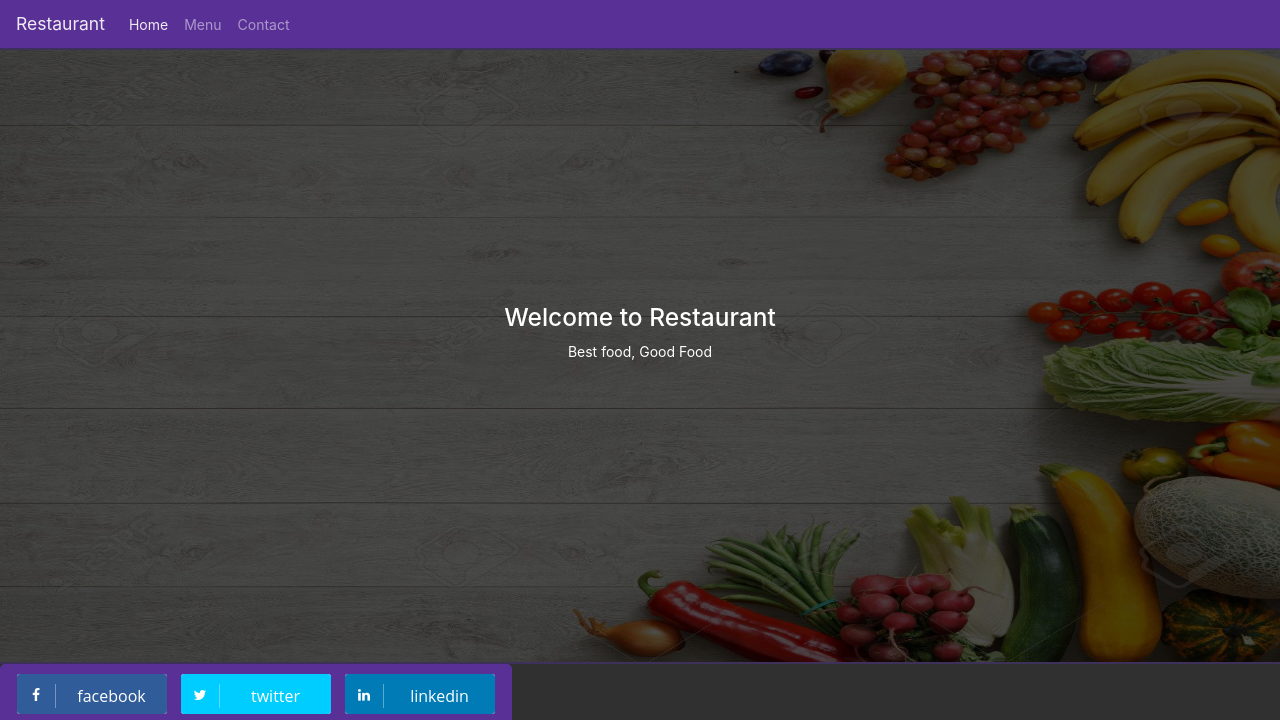
Repository: 300ms/Restaurant-Page
Page: /
These files come from the project's save history. The page is drawn as it stood at one moment and after the next save; the edit follows.
The browser window is 1280 px wide. The pictures show the whole page.
Pictures or frames that could not be fetched are drawn as grey boxes. The project was rebuilt for these pictures with package versions that can differ from the ones it lists, and the page was loaded fresh each time. Also part of the build but not shown: webpack.config.js.

Above is the page before, as saved 2020-11-23 02:05:18.

### index.html
<!DOCTYPE html>
<html lang="en">
<head>
  <meta charset="UTF-8">
  <meta name="viewport" content="width=device-width, initial-scale=1.0">
  <link rel="stylesheet" href="http://maxcdn.bootstrapcdn.com/font-awesome/4.7.0/css/font-awesome.min.css" integrity="sha384-wvfXpqpZZVQGK6TAh5PVlGOfQNHSoD2xbE+QkPxCAFlNEevoEH3Sl0sibVcOQVnN" crossorigin="anonymous">
  <title>Restaurant Page</title>
</head>
<body>
  <nav class="navbar navbar-expand-lg navbar-dark bg-primary">
    <a class="navbar-brand" href="#">Restaurant</a>
    <button class="navbar-toggler" type="button" data-toggle="collapse" data-target="#navbarColor01" aria-controls="navbarColor01" aria-expanded="false" aria-label="Toggle navigation">
      <span class="navbar-toggler-icon"></span>
    </button>

    <div class="collapse navbar-collapse" id="navbarColor01">
      <ul class="navbar-nav mr-auto">
        <li class="nav-item active">
          <a class="nav-link" id="homePage" href="#">Home
            <span class="sr-only">(current)</span>
          </a>
        </li>
        <li class="nav-item">
          <a class="nav-link" id="menuPage" href="#">Menu</a>
        </li>
        <li class="nav-item">
          <a class="nav-link" id="contactPage" href="#">Contact</a>
        </li>
      </ul>
    </div>
  </nav>

  <div id="content" class="d-flex justify-content-center align-content-center px-5 pb-5">

  </div>

  <footer class="footer">
    <div id="buttons">
      <div class="facebook button">
        <i class="icon">
          <i class="fa fa-facebook">
        </i>
      </i>
      <div class="slide">
        <p>
          facebook
        </p>
      </div>
      <iframe src="https://www.facebook.com/plugins/like.php?href=https%3A%2F%2Fdevelopers.facebook.com%2Fdocs%2Fplugins%2F&width=80&layout=button&action=like&size=large&share=false&height=65&appId" width="80" height="65" style="border:none;overflow:hidden" scrolling="no" frameborder="0" allowfullscreen="true" allow="autoplay; clipboard-write; encrypted-media; picture-in-picture; web-share"></iframe>
      </div>

      <div class="twitter button">
        <i class="icon">
          <i class="fa fa-twitter">
        </i>
      </i>
      <div class="slide">
        <p>
          twitter
        </p>
      </div>
      <a href="https://twitter.com/share" class="twitter-share-button" data-via="mariuCSS">
        Tweet
      </a>
      <script>
        !function(d,s,id){
          var js,fjs=d.getElementsByTagName(s)[0],p=/^http:/.test(d.location)?'http':'https';
          if(!d.getElementById(id)){
            js=d.createElement(s);
            js.id=id;
            js.src=p+'://platform.twitter.com/widgets.js';fjs.parentNode.insertBefore(js,fjs);}}(document, 'script', 'twitter-wjs');
      </script>
      </div>

      <div class="linkedin button">
        <i class="icon">
          <i class="fa fa-linkedin">
        </i>
      </i>
      <div class="slide">
        <p>
          linkedin
        </p>
      </div>
      <script src="https://platform.linkedin.com/in.js" type="text/javascript">lang: en_US</script>
      <script type="IN/Share" data-url="https://www.linkedin.com"></script>
      </div>
    </div>
  </footer>

  <script src="./bundle.js"></script>
  <script src="https://code.jquery.com/jquery-3.5.1.slim.min.js" integrity="sha384-DfXdz2htPH0lsSSs5nCTpuj/zy4C+OGpamoFVy38MVBnE+IbbVYUew+OrCXaRkfj" crossorigin="anonymous"></script>
  <script src="https://cdn.jsdelivr.net/npm/bootstrap@4.5.3/dist/js/bootstrap.bundle.min.js" integrity="sha384-ho+j7jyWK8fNQe+A12Hb8AhRq26LrZ/JpcUGGOn+Y7RsweNrtN/tE3MoK7ZeZDyx" crossorigin="anonymous"></script>
</body>
</html>

### src/index.js
/* eslint-disable no-unused-vars */
/* eslint-disable import/extensions */
import cssBootstrap from './bootstrap.min.css';
import cssStylesheet from './stylesheet.css';
import back from './images/background.jpg';
import Home from './home.js';
import Menu from './menu.js';
import Contact from './contact.js';

document.getElementById('content').style.backgroundImage = `linear-gradient(rgba(0, 0, 0, 0.7), rgba(0, 0, 0, 0.7)), url(${back})`;
document.getElementById('content').style.backgroundRepeat = 'no-repeat';
document.getElementById('content').style.backgroundPosition = 'center top';
document.getElementById('content').style.backgroundSize = '100% 100%';

function clearContainer() { document.getElementById('content').innerHTML = ''; }

Home.homePage();

document.getElementById('homePage').addEventListener('click', () => {
  clearContainer();
  Home.homePage();
});

document.getElementById('menuPage').addEventListener('click', () => {
  clearContainer();
  Menu.addMenu();
});

document.getElementById('contactPage').addEventListener('click', () => {
  clearContainer();
  Contact.contactPage();
});

### src/stylesheet.css
body {
  height: 100vh;
  color: #fff;
}

nav {
  height: 7%;
  border-bottom: 2px solid #3d315b;
}

.footer {
  position: fixed;
  left: 0;
  bottom: 0;
  width: 100%;
  height: 8%;
  background-color: #303030;
  color: white;
  text-align: center;
  border-top: 2px solid #3d315b;
}

#content {
  background: transparent;
  min-height: 85%;
}

#buttons {
  display: flex;
  justify-content: space-evenly;
  border-radius: 5px;
  background: #593196;
  width: fit-content;
  overflow: hidden;
  margin: 0;
  padding: 10px;
  box-shadow: 0 2px 3px rgba(71, 71, 71, 0.31);
}

.button {
  background: #dce0e0;
  position: relative;
  display: block;
  float: left;
  height: 40px;
  margin: 0 7px;
  overflow: hidden;
  width: 150px;
  border-radius: 3px;
  -o-border-radius: 3px;
  -ms-border-radius: 3px;
  -moz-border-radius: 3px;
  -webkit-border-radius: 3px;
}

.icon {
  display: block;
  float: left;
  position: relative;
  z-index: 3;
  height: 100%;
  width: 38px;
  -moz-border-radius-topleft: 3px;
  -moz-border-radius-topright: 0;
  -moz-border-radius-bottomright: 0;
  -moz-border-radius-bottomleft: 3px;
  -webkit-border-radius: 3px 0 0 3px;
  border-radius: 3px 0 0 3px;
  text-align: center;
}

.icon i {
  color: #fff;
  line-height: 42px;
}

.slide {
  z-index: 2;
  display: block;
  margin: 0;
  height: 100%;
  left: 38px;
  position: absolute;
  width: 112px;
  -moz-border-radius-topleft: 0;
  -moz-border-radius-topright: 3px;
  -moz-border-radius-bottomright: 3px;
  -moz-border-radius-bottomleft: 0;
  -webkit-border-radius: 0 3px 3px 0;
  border-radius: 0 3px 3px 0;
}

.slide p {
  font-family: Open Sans;
  font-weight: 400;
  border-left: 1px solid #fff;
  border-left: 1px solid rgba(255, 255, 255, 0.35);
  color: #fff;
  font-size: 16px;
  left: 0;
  margin: 0;
  position: absolute;
  text-align: center;
  top: 10px;
  width: 100%;
}

.button .slide {
  -webkit-transition: all 0.2s ease-in-out;
  -moz-transition: all 0.2s ease-in-out;
  -ms-transition: all 0.2s ease-in-out;
  -o-transition: all 0.2s ease-in-out;
  transition: all 0.2s ease-in-out;
}

.facebook iframe {
  display: block;
  position: absolute;
  right: 16px;
  top: 10px;
  z-index: 1;
}

.twitter iframe {
  width: 90px !important;
  right: 5px;
  top: 10px;
  z-index: 1;
  display: block;
  position: absolute;
}

.linkedin .IN-widget {
  top: 10px;
  right: 22px;
  position: absolute;
  display: block;
  z-index: 1;
}

.facebook .icon,
.facebook .slide {
  background: #305c99;
}

.twitter .icon,
.twitter .slide {
  background: #00cdff;
}

.linkedin .icon,
.linkedin .slide {
  background: #007bb6;
}

.twitter-share-button {
  margin-left: 60px;
  margin-top: 10px;
}

.facebook:hover .slide {
  left: 150px;
}

.twitter:hover .slide {
  top: -40px;
}

.linkedin:hover .slide {
  left: -150px;
}

### src/home.js
export default class Home {
  static homePage() {
    const homeDiv = document.createElement('div');
    homeDiv.className += 'd-flex flex-column justify-content-center text-center';
    const header = document.createElement('h3');
    header.innerHTML = 'Welcome to Restaurant';
    const description = document.createElement('span');
    description.innerHTML = 'Best food, Good Food';
    homeDiv.appendChild(header);
    homeDiv.appendChild(description);
    document.getElementById('content').appendChild(homeDiv);
  }
}

### src/menu.js
/* eslint-disable import/extensions */
import { foods, drinks, dessert } from './menuObjects.js';

const calculateAspectRatioFit = (srcWidth, srcHeight, maxWidth = 200, maxHeight = 200) => {
  const ratio = Math.min(maxWidth / srcWidth, maxHeight / srcHeight);
  return { width: srcWidth * ratio, height: srcHeight * ratio };
};

export default class Menu {
  static addMenu() {
    Menu.addFoods();
    Menu.addDrinks();
    Menu.addDessert();
  }

  static addFoods() {
    const foodMenu = document.createElement('div');
    foodMenu.className += 'd-flex d-flex flex-column text-center';
    const header = document.createElement('h3');
    header.innerHTML = 'Foods';
    foodMenu.appendChild(header);

    foods.forEach(food => {
      const div = document.createElement('div');
      div.className += 'mx-1 my-1 px-1 py-1 d-flex flex-column align-items-center';

      const img = document.createElement('img');
      img.src = food.img;
      const wh = calculateAspectRatioFit(img.width, img.height);
      img.width = wh.width;
      img.height = wh.height;

      const name = document.createElement('h3');
      name.innerHTML = `${food.name}`;

      const description = document.createElement('span');
      description.innerHTML = `${food.description}`;

      const price = document.createElement('span');
      price.innerHTML = `${food.price}`;

      div.appendChild(img);
      div.appendChild(name);
      div.appendChild(description);
      div.appendChild(price);
      foodMenu.appendChild(div);
      document.getElementById('content').appendChild(foodMenu);
    });
  }

  static addDrinks() {
    const drinksMenu = document.createElement('div');
    drinksMenu.className += 'd-flex d-flex flex-column text-center';
    drinksMenu.style.borderLeft = '2px solid #3D315B';
    drinksMenu.style.borderRight = '2px solid #3D315B';
    const header = document.createElement('h3');
    header.innerHTML = 'Drinks';
    drinksMenu.appendChild(header);

    drinks.forEach(drink => {
      const div = document.createElement('div');
      div.className += 'mx-1 my-1 px-1 py-1 d-flex flex-column align-items-center';

      const img = document.createElement('img');
      img.src = drink.img;
      const wh = calculateAspectRatioFit(img.width, img.height);
      img.width = wh.width;
      img.height = wh.height;

      const name = document.createElement('h3');
      name.innerHTML = `${drink.name}`;

      const description = document.createElement('span');
      description.innerHTML = `${drink.description}`;

      const price = document.createElement('span');
      price.innerHTML = `${drink.price}`;

      div.appendChild(img);
      div.appendChild(name);
      div.appendChild(description);
      div.appendChild(price);
      drinksMenu.appendChild(div);
      document.getElementById('content').appendChild(drinksMenu);
    });
  }

  static addDessert() {
    const dessertMenu = document.createElement('div');
    dessertMenu.className += 'd-flex d-flex flex-column text-center';
    const header = document.createElement('h3');
    header.innerHTML = 'Dessert';
    dessertMenu.appendChild(header);

    dessert.forEach(dessert => {
      const div = document.createElement('div');
      div.className += 'mx-1 my-1 px-1 py-1 d-flex flex-column align-items-center';

      const img = document.createElement('img');
      img.src = dessert.img;
      const wh = calculateAspectRatioFit(img.width, img.height);
      img.width = wh.width;
      img.height = wh.height;

      const name = document.createElement('h3');
      name.innerHTML = `${dessert.name}`;

      const description = document.createElement('span');
      description.innerHTML = `${dessert.description}`;

      const price = document.createElement('span');
      price.innerHTML = `${dessert.price}`;

      div.appendChild(img);
      div.appendChild(name);
      div.appendChild(description);
      div.appendChild(price);
      dessertMenu.appendChild(div);
      document.getElementById('content').appendChild(dessertMenu);
    });
  }
}

### src/contact.js
export default class Contact {
  static contactPage() {
    const contactInfo = document.createElement('div');
    contactInfo.className += 'd-flex flex-column justify-content-center text-center';
    const phone = document.createElement('div');
    phone.className += 'text-center';
    phone.innerHTML = 'Phone: +90 555 555 55 55';
    const email = document.createElement('div');
    email.className += 'text-center';
    email.innerHTML = 'E-mail: someMail@example.com';
    contactInfo.appendChild(phone);
    contactInfo.appendChild(email);
    document.getElementById('content').appendChild(contactInfo);
  }
}

### src/menuObjects.js
import food1 from './images/foods/1.jpg';
import food2 from './images/foods/2.jpg';
import food3 from './images/foods/3.jpg';
import drink1 from './images/drinks/1.jpg';
import drink2 from './images/drinks/2.jpg';
import drink3 from './images/drinks/3.jpg';
import dessert1 from './images/dessert/1.jpg';
import dessert2 from './images/dessert/2.jpg';
import dessert3 from './images/dessert/3.jpg';

export const foods = [
  {
    img: food1,
    name: 'Tennessee Burger with Bourbon and BBQ Sauce',
    description: '',
    price: '5€',
  },
  {
    img: food2,
    name: 'Bulgur Chickpea Burgers',
    description: "You can play with tradition in the South, but best not mess with it. There's no quinoa or fish sauce in this burger. It starts with caramelized onions, cooked low and slow.",
    price: '5€',
  },
  {
    img: food3,
    name: 'Lentil-Tahini Burgers with Pickled Cabbage',
    description: 'Green onions, smoked paprika, and cumin infuse these super savory veggie burgers. A creamy, garlicky avocado mash is the perfect complement.',
    price: '5€',
  },
];

export const drinks = [
  {
    img: drink1,
    name: 'Margarita',
    description: 'Cloyingly sweet margarita mixes have given this drink a bad name. A well-made version is a fresh mix of lime juice and tequila, with a hint of sweetener',
    price: '5€',
  },
  {
    img: drink2,
    name: 'Cosmopolitan',
    description: "The cosmo became almost ubiquitous in the '90s thanks to the TV show Sex and the City, but this spin on the martini remains just as tasty today as when Carrie Bradshaw made it famous.",
    price: '5€',
  },
  {
    img: drink3,
    name: 'Moscow Mule',
    description: 'Popular for good reason, the Moscow Mule is one of the most refreshing things to sip on a hot summer day. Its suggested vessel, a copper mug, also just looks sharp.',
    price: '5€',
  },
];

export const dessert = [
  {
    img: dessert1,
    name: 'Alfajores',
    description: 'Alfajores are a soft and tender shortbread cookie with dulce de leche sandwiched between.',
    price: '5€',
  },
  {
    img: dessert2,
    name: 'Fruity Pebbles Cannoli',
    description: 'This colorful twist on the Italian classic is a fun recipe with enough steps to involve the whole family. ',
    price: '5€',
  },
  {
    img: dessert3,
    name: 'Coconut Burfi Brownie Bites',
    description: 'Coconut burfi is an Indian mithai (sweet) made from shredded coconut and sweetened condensed milk with a touch of cardamom.',
    price: '5€',
  },
];

Loaded but not shown: src/bootstrap.min.css (library)

After the next save:
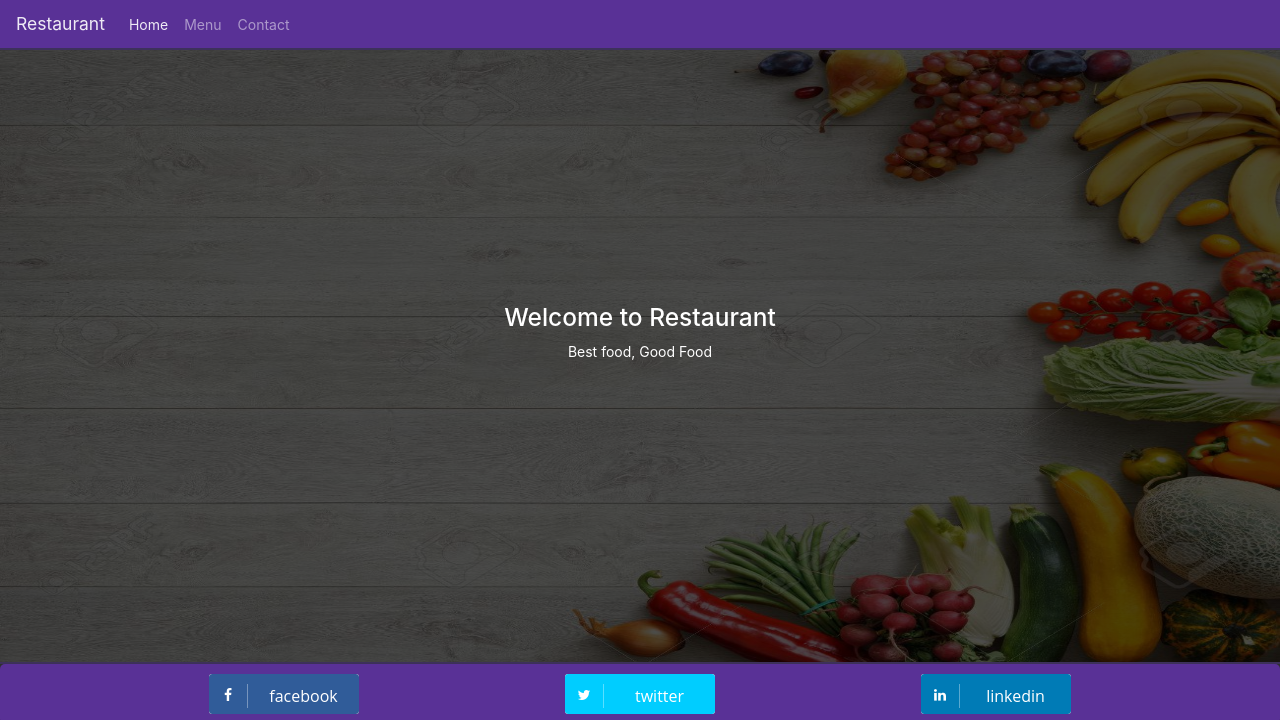
Saved 19 s later.
--- a/src/stylesheet.css
+++ b/src/stylesheet.css
@@ -30,7 +30,6 @@ nav {
   justify-content: space-evenly;
   border-radius: 5px;
   background: #593196;
-  width: fit-content;
   overflow: hidden;
   margin: 0;
   padding: 10px;
